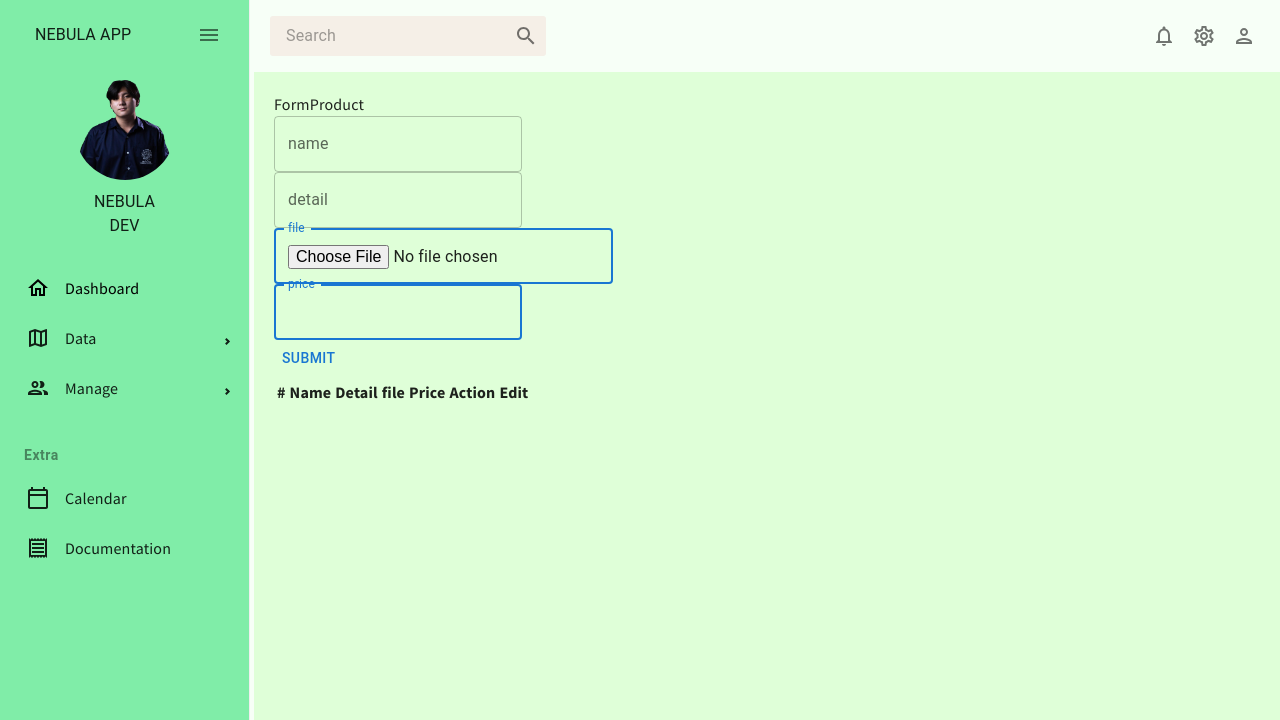
Repository: supakorn5039-boon/MERN
Page: /admin/viewtable (app in client/)
The author's editor kept a copy of each file at every save. The page is drawn from the files as they stood at one save, then again after the next save.
The browser window is 1280 px wide. The pictures show the whole page.
The page's requests for data from a server got no answer. The project was rebuilt for these pictures with package versions that can differ from the ones it lists, and the page was loaded fresh each time. No one was signed in, and anything a server would have sent is missing. Also part of the build but not shown: client/src/App.css, client/src/components/FormEditProducts.jsx.

Above is the page before, as saved 2023-11-01 14:13:13.

### client/src/index.css
@import url("https://fonts.googleapis.com/css2?family=Source+Sans+Pro:wght@400;600;700&display=swap");

html,
body,
#root,
.app,
.content {
  height: 100%;
  width: 100%;
  font-family: "Source Sans Pro", sans-serif;
  background-color: #f7fff7;
  overflow: hidden;
}
.content_body {
  background-color: rgb(223, 255, 216);
  width: 100%;
  height: 90%;
  overflow: scroll;
}
.app {
  display: flex;
  position: relative;
}
.menu-bars {
  text-decoration: none;
  color: #000;
}
::-webkit-scrollbar {
  width: 10px;
}

::-webkit-scrollbar-track {
  background: #e0e0e0;
}

::-webkit-scrollbar-thumb {
  background: #888;
}

::-webkit-scrollbar-thumb:hover {
  background: #555;
}

### client/src/App.js
import "./App.css";
import { BrowserRouter, Route, Routes } from "react-router-dom";
import FormProduct from "./components/FormProduct";
import FormEditProducts from "./components/FormEditProducts";

//Layout

import HeaderBar from "./layout/HeaderBar";
import SideBar from "./layout/SideBar";
import { CssBaseline, Box } from "@mui/material";

function App() {
  return (
    <BrowserRouter>
      <>
        <CssBaseline />
        <div className="app">
          <SideBar />
          <main className="content">
            <HeaderBar />
            <div className="content_body">
              <Box m="20px">
                <Routes>
                  <Route path="/admin/viewtable" element={<FormProduct />} />
                  <Route path="/edit/:id" element={<FormEditProducts />} />
                </Routes>
              </Box>
            </div>
          </main>
        </div>
      </>
    </BrowserRouter>
  );
}

export default App;

### client/src/components/FormProduct.js
import React, { useState, useEffect } from "react";
import { remove, create, getdata } from "../functions/product";
import { Box, Button, TextField } from "@mui/material";

import { Link } from "react-router-dom";

const FormProduct = () => {
  const [data, setData] = useState([]);
  const [form, setForm] = useState([]);

  useEffect(() => {
    loadData();
  }, []);

  // Pull the data from backend  show on frontend  below
  const loadData = async () => {
    getdata()
      .then((res) => setData(res.data))
      .catch((err) => console.log(err));
  };

  const handleChange = (e) => {
    if (e.target.name === "file") {
      setForm({
        // ... copy function inside of useState in form if [] it's mean nothing
        ...form,
        [e.target.name]: e.target.files[0],
      });
    } else {
      setForm({
        ...form,
        [e.target.name]: e.target.value,
      });
    }
  };

  //Submit type and collect to backend
  const handleSubmit = async (e) => {
    e.preventDefault();

    const formWithImageData = new FormData();
    for (const key in form) {
      formWithImageData.append(key, form[key]);
    }

    create(formWithImageData)
      .then((res) => {
        console.log(res.data);

        // use data in submit show to frontend
        loadData();
      })
      .catch((err) => console.log(err));
  };
  const handleRemove = async (id) => {
    remove(id)
      .then((res) => {
        console.log(res);
        loadData();
      })
      .catch((err) => console.log(err));
  };

  // Webpage
  return (
    <div>
      FormProduct
      <form onSubmit={handleSubmit} encType="multipart/form-data">
        <div>
          <TextField
            id="outlined-basic"
            label="name"
            name="name"
            onChange={(e) => handleChange(e)}
            variant="outlined"
          />
        </div>
        <div>
          <TextField
            id="outlined-basic"
            label="detail"
            name="detail"
            onChange={(e) => handleChange(e)}
            variant="outlined"
          />
        </div>

        <div>
          <TextField
            type="file"
            id="outlined-basic"
            label="file"
            name="file"
            onChange={(e) => handleChange(e)}
            variant="outlined"
            focused
          />
        </div>

        <div>
          <TextField
            type="number"
            id="outlined-basic"
            label="price"
            name="price"
            onChange={(e) => handleChange(e)}
            variant="outlined"
            focused
          />
        </div>
        <Button>Submit</Button>
      </form>
      <table className="table">
        <thead>
          <tr>
            <th scope="col">#</th>
            <th scope="col">Name</th>
            <th scope="col">Detail</th>
            <th scope="col">file</th>
            <th scope="col">Price</th>
            <th scope="col">Action</th>
            <th scope="col">Edit</th>
          </tr>
        </thead>
        <tbody>
          {data
            ? data.map((item, index) => (
                <tr key={index}>
                  <td>{index + 1}</td>
                  <td>{item.name}</td>
                  <td>{item.detail}</td>
                  <td>{item.file}</td>
                  <td>{item.price}</td>
                  <td
                    style={{ cursor: "pointer", color: "red" }}
                    onClick={() => handleRemove(item._id)}
                  >
                    Delete
                  </td>
                  <td>
                    <Link to={"/edit/" + item._id}>Edit</Link>
                  </td>
                </tr>
              ))
            : null}
        </tbody>
      </table>
    </div>
  );
};

export default FormProduct;

### client/src/layout/HeaderBar.js
import react, { useState } from "react";
import { Box, IconButton, Menu, MenuItem } from "@mui/material";
import InputBase from "@mui/material/InputBase";
import NotificationsOutlinedIcon from "@mui/icons-material/NotificationsOutlined";
import SettingsOutlinedIcon from "@mui/icons-material/SettingsOutlined";
import PersonOutlinedIcon from "@mui/icons-material/PersonOutlined";
import SearchIcon from "@mui/icons-material/Search";
import { Link } from "react-router-dom";

const HeaderBar = () => {
  const [anchorEl, setAnchorEl] = useState(null);

  const handleMenu = (event) => {
    setAnchorEl(event.currentTarget);
  };

  const handleClose = () => {
    setAnchorEl(null);
  };
  return (
    <Box display="flex" justifyContent="space-between" p={2}>
      {/* search  */}
      <Box display="flex" borderRadius="3px" backgroundColor="#F5EFE7">
        <InputBase sx={{ ml: 2, flex: 1 }} placeholder="Search" />
        <IconButton type="button" sx={{ p: 1 }}>
          <SearchIcon />
        </IconButton>
      </Box>

      {/* icons */}
      <Box display="flex">
        <IconButton>
          <NotificationsOutlinedIcon />
        </IconButton>
        <IconButton>
          <SettingsOutlinedIcon />
        </IconButton>
        <IconButton>
          <PersonOutlinedIcon onClick={handleMenu} />
          <Menu
            id="menu-appbar"
            anchorEl={anchorEl}
            anchorOrigin={{
              vertical: "top",
              horizontal: "right",
            }}
            keepMounted
            transformOrigin={{
              vertical: "top",
              horizontal: "right",
            }}
            open={Boolean(anchorEl)}
            onClose={handleClose}
          >
            <Link to="#" className="menu-bars">
              <MenuItem onClick={handleClose}>Profile</MenuItem>
            </Link>
            <Link to="#" className="menu-bars">
              <MenuItem onClick={handleClose}>My account</MenuItem>
            </Link>
          </Menu>
        </IconButton>
      </Box>
    </Box>
  );
};

export default HeaderBar;

### client/src/layout/SideBar.js
import React, { useState } from "react";
import {
  Sidebar,
  Menu,
  MenuItem,
  SubMenu,
  SidebarFooter,
} from "react-pro-sidebar";
import { Box, IconButton, Typography, useTheme, Badge } from "@mui/material";
import { Link } from "react-router-dom";

import HomeOutlinedIcon from "@mui/icons-material/HomeOutlined";
import PeopleOutlinedIcon from "@mui/icons-material/PeopleOutlined";
import ReceiptOutlinedIcon from "@mui/icons-material/ReceiptOutlined";
import CalendarTodayOutlinedIcon from "@mui/icons-material/CalendarTodayOutlined";
import BarChartOutlinedIcon from "@mui/icons-material/BarChartOutlined";
import PieChartOutlineOutlinedIcon from "@mui/icons-material/PieChartOutlineOutlined";
import MenuOutlinedIcon from "@mui/icons-material/MenuOutlined";
import MapOutlinedIcon from "@mui/icons-material/MapOutlined";
import TableViewIcon from "@mui/icons-material/TableView";
const SideBar = () => {
  const [isCollapsed, setisCollapsed] = useState(false);
  const [toggled, setToggled] = useState(false);
  const [broken, setBroken] = useState(false);

  return (
    <div
      style={{
        display: "flex",
        height: "100%",
      }}
    >
      <Sidebar
        collapsed={isCollapsed}
        toggled={toggled}
        onBackdropClick={() => setToggled(false)}
        onBreakPoint={setBroken}
        backgroundColor="#80EDA8"
        breakPoint="md"
        style={{ height: "100%" }}
      >
        <div
          style={{ display: "flex", flexDirection: "column", height: "100%" }}
        >
          <div style={{ flex: 1, marginBottom: "32px" }}>
            <Menu iconShape="square">
              {/* LOGO */}
              <MenuItem
                onClick={() => setisCollapsed(!isCollapsed)}
                icon={isCollapsed ? <MenuOutlinedIcon /> : undefined}
                style={{
                  margin: "10px 0 20px 0",
                }}
              >
                {!isCollapsed && (
                  <Box
                    display="flex"
                    justifyContent="space-between"
                    alignItems="center"
                    ml="15px"
                  >
                    <Typography>NEBULA APP</Typography>
                    <IconButton onClick={() => setisCollapsed(!isCollapsed)}>
                      <MenuOutlinedIcon />
                    </IconButton>
                  </Box>
                )}
              </MenuItem>
              {!isCollapsed && (
                <Box mb="25px">
                  <Box
                    display="flex"
                    justifyContent="center"
                    alignItems="center"
                  >
                    <img
                      alt="profile-user"
                      width="100px"
                      height="100px"
                      src={`/assets/Photo.png`}
                      style={{ cursor: "pointer", borderRadius: "50%" }}
                    />
                  </Box>
                  <Box textAlign="center">
                    <Typography sx={{ m: "10px 0 0 0" }}>NEBULA</Typography>
                    <Typography>DEV </Typography>
                  </Box>
                </Box>
              )}

              <Link to="/admin" className="menu-bars">
                <MenuItem icon={<HomeOutlinedIcon />}>Dashboard</MenuItem>
              </Link>

              <SubMenu icon={<MapOutlinedIcon />} label="Data">
                <Link to={"/admin/viewtable"} className="menu-bars">
                  <MenuItem icon={<TableViewIcon />}>Table</MenuItem>
                </Link>
                <MenuItem icon={<BarChartOutlinedIcon />}>
                  {" "}
                  Line charts
                </MenuItem>
              </SubMenu>

              <SubMenu label="Manage" icon={<PeopleOutlinedIcon />}>
                <Link to={"/admin/manage"} className="menu-bars">
                  <MenuItem>User</MenuItem>
                </Link>
                <MenuItem> Admin</MenuItem>
              </SubMenu>
            </Menu>

            <div
              style={{
                padding: "0 24px",
                marginBottom: "8px",
                marginTop: "32px",
              }}
            >
              <Typography
                variant="body2"
                fontWeight={600}
                style={{
                  opacity: isCollapsed ? 0 : 0.5,
                  letterSpacing: "0.5px",
                }}
              >
                Extra
              </Typography>
            </div>

            <Menu>
              <MenuItem icon={<CalendarTodayOutlinedIcon />}>Calendar</MenuItem>
              <MenuItem icon={<ReceiptOutlinedIcon />}>Documentation</MenuItem>
            </Menu>
          </div>
        </div>
      </Sidebar>
      <main>
        <div style={{ padding: "16px 2px ", color: "#44596e" }}>
          <div style={{ marginBottom: "16px" }}>
            {broken && (
              <IconButton onClick={() => setToggled(!toggled)}>
                <MenuOutlinedIcon />
              </IconButton>
            )}
          </div>
        </div>
      </main>
    </div>
  );
};
export default SideBar;

### client/src/functions/product.js
import axios from "axios";
import { appCheck, getToken } from "../firebase";

const GenerateToken = async () => {
  try {
    const token = await getToken(appCheck);
    return token;
  } catch (err) {
    console.log(err);
    return null;
  }
};

export const remove = async (id) =>
  await axios.delete(process.env.REACT_APP_API + "/product/" + id);

export const create = async (data) =>
  await axios.post(process.env.REACT_APP_API + "/product", data);

export const getdata = async () => {
  const boon = await GenerateToken();
  console.log("boon token", boon);
  return await axios.get(process.env.REACT_APP_API + "/product", {
    headers: {
      "X-Firebase-AppCheck": boon.token,
    },
  });
};

export const read = async (id) => {
  return await axios.get(process.env.REACT_APP_API + "/product/" + id);
};

export const updated = async (id, data) => {
  return await axios.put(process.env.REACT_APP_API + "/product/" + id, data);
};

### client/src/firebase.js
import { initializeApp } from "firebase/app";
import { getAnalytics } from "firebase/analytics";
import {
  initializeAppCheck,
  ReCaptchaV3Provider,
  getToken,
} from "firebase/app-check";

const firebaseConfig = {
  apiKey: "AIzaSyBBM6ayVSyx_ET3Nlx3cLt0ngnVWywZbPM",
  authDomain: "ws-ac-de4c7.firebaseapp.com",
  projectId: "ws-ac-de4c7",
  storageBucket: "ws-ac-de4c7.appspot.com",
  messagingSenderId: "289463955788",
  appId: "1:289463955788:web:0a17ed261d7a3b6a8edfe9",
  measurementId: "G-FX5SNJL1DR",
};

// Initialize Firebase
const app = initializeApp(firebaseConfig);
const analytics = getAnalytics(app);

const appCheck = initializeAppCheck(app, {
  provider: new ReCaptchaV3Provider("6Leql-IoAAAAAA7WR4PGgxlusjWs3nhkkHNlLg7r"),

  // Optional argument. If true, the SDK automatically refreshes App Check
  // tokens as needed.
  isTokenAutoRefreshEnabled: true,
});

export { appCheck, getToken };

Loaded but not shown: client/public/index.html (common file); client/src/index.js (common file); client/src/reportWebVitals.js (common file)

After the next save:
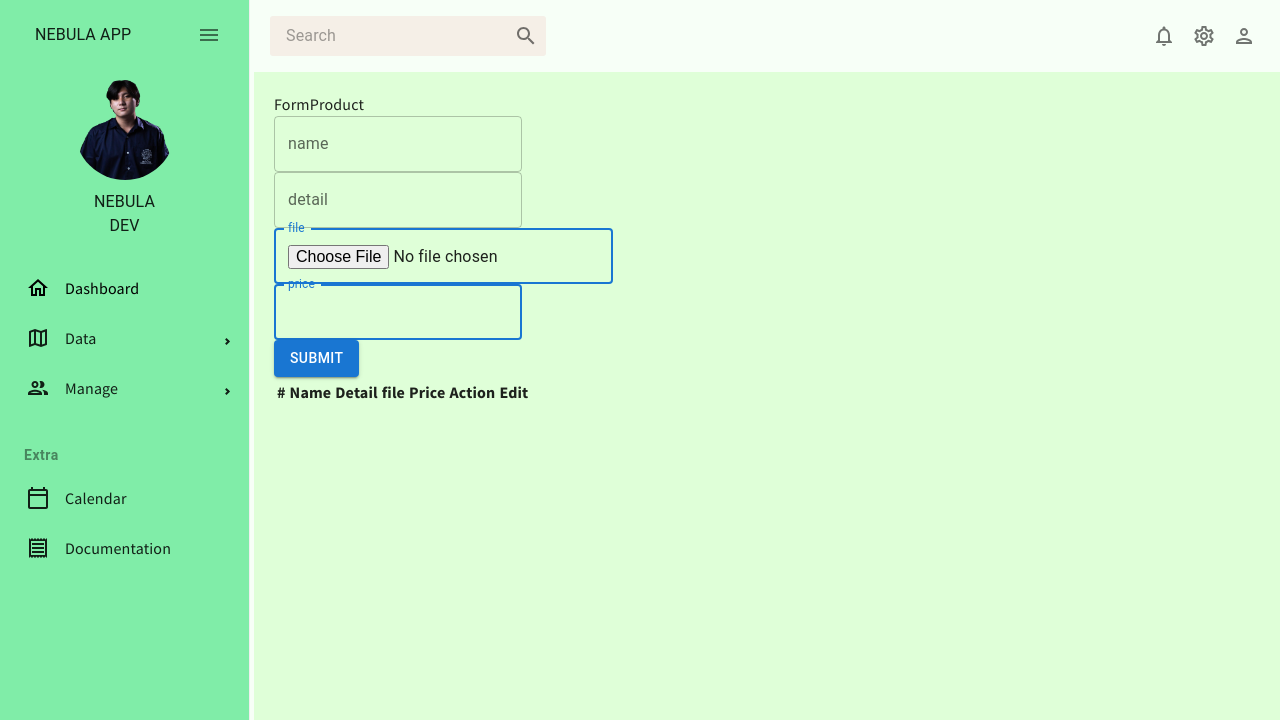
Saved 49 s later.
--- a/client/src/components/FormProduct.js
+++ b/client/src/components/FormProduct.js
@@ -108,7 +108,7 @@ const FormProduct = () => {
             focused
           />
         </div>
-        <Button>Submit</Button>
+        <Button variant="contained">Submit</Button>
       </form>
       <table className="table">
         <thead>
